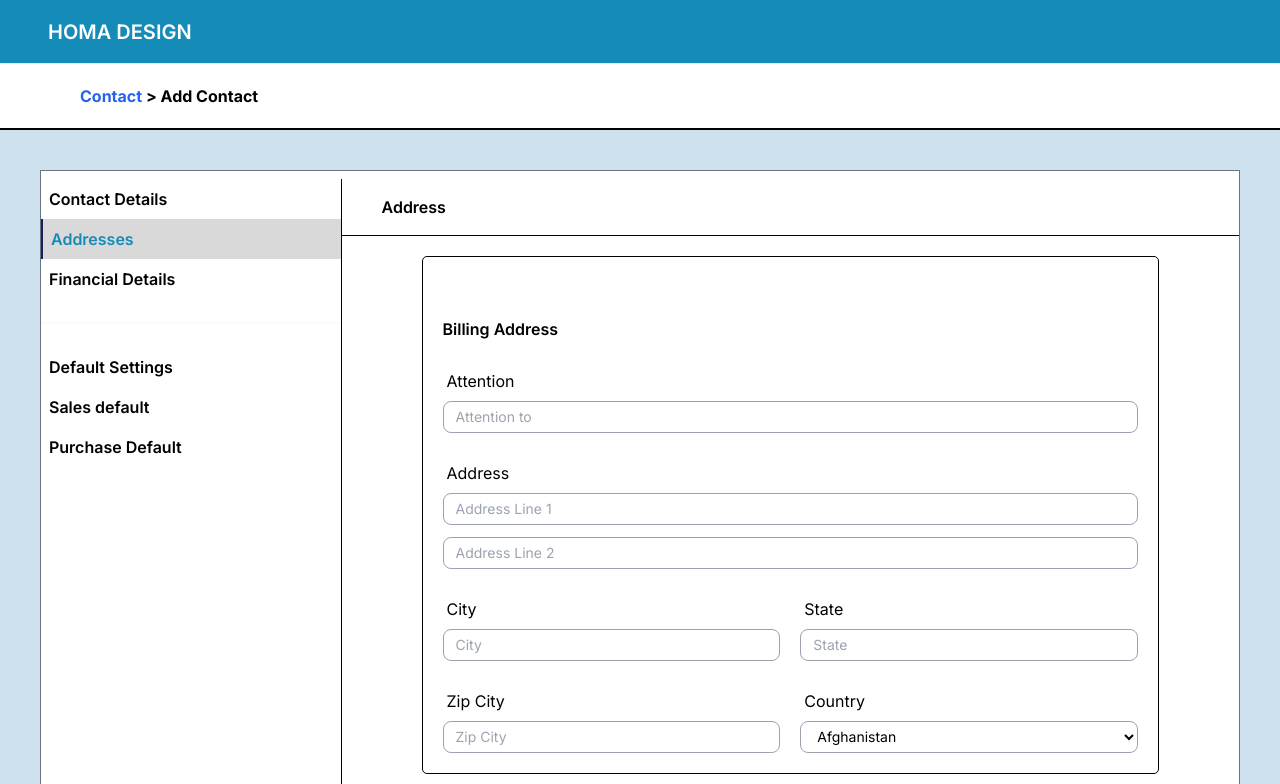
Repository: khairul35/homa-FE
Page: /contact
These files come from the project's save history. The page is drawn as it stood at one moment and after the next save; the edit follows.
The browser window is 1280 px wide. The pictures show the whole page.
An inner scrolling area shows only its first screen. The project was rebuilt for these pictures with package versions that can differ from the ones it lists, and the page was loaded fresh each time. The framework's server and built-in components were replaced by stand-ins that run in the browser. Also part of the build but not shown: next.config.js, app/components/layout/header/BusinessMenu.tsx, app/components/layout/header/CompanyMenu.tsx, app/contact/index.component.tsx, app/contact/form/contact-details/index.module.css, app/contact/form/contact-details/index.component.tsx, app/contact/form/contact-details/index.tsx.

Above is the page before, as saved 2024-01-07 21:39:51.

After the next save:
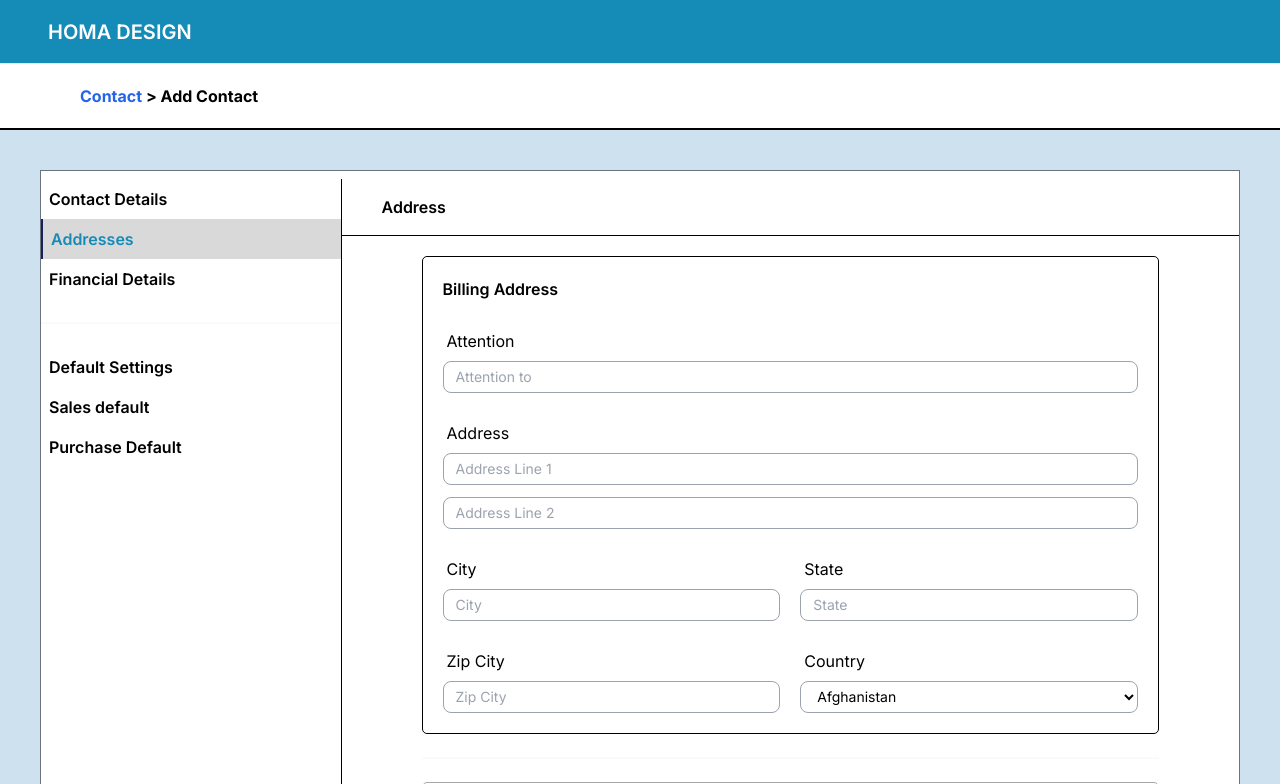
Saved 10 s later.
--- a/app/contact/form/address/index.component.tsx
+++ b/app/contact/form/address/index.component.tsx
@@ -35,7 +35,7 @@ const Component = (props: ComponentProps) => {
             <div className="p-5 lg:pl-20 lg:pr-20">
                 <form method="dialog">
                     <div className={styles.addressContainer}>
-                        <h2 className="pt-10 font-semibold">Billing Address</h2>
+                        <h2 className="font-semibold">Billing Address</h2>
                         <label className="label mt-5">Attention</label>
                         <input
                             placeholder="Attention to"
